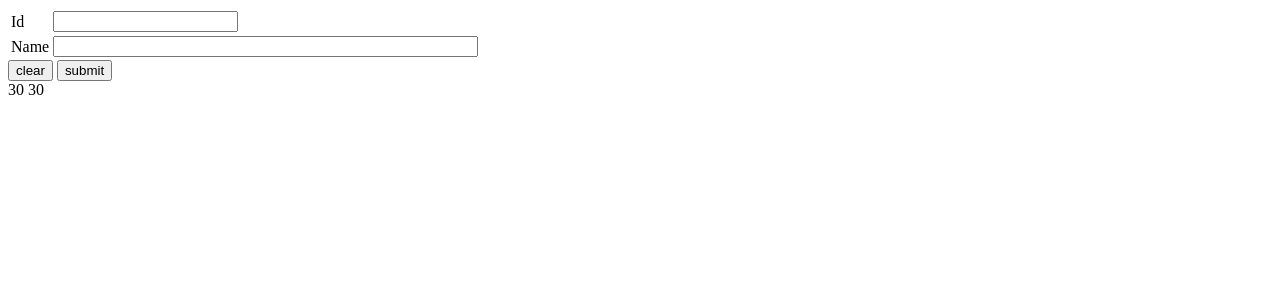
Repository: sandypatidar/my-all-java-code
Page: http://localhost/Jdbc/
An editor plug-in stored every save of this project. The page is shown before and after the next save, followed by the edit.
The browser window is 1280 px wide. The page is 1280 px wide, then 1281 px, so the pictures cover 1281 px, including what lies to the right of the window. The pictures show the whole page.
The page is served by Tomcat 9.

Above is the page before, as saved 2019-05-30 18:46:43.

After the next save:
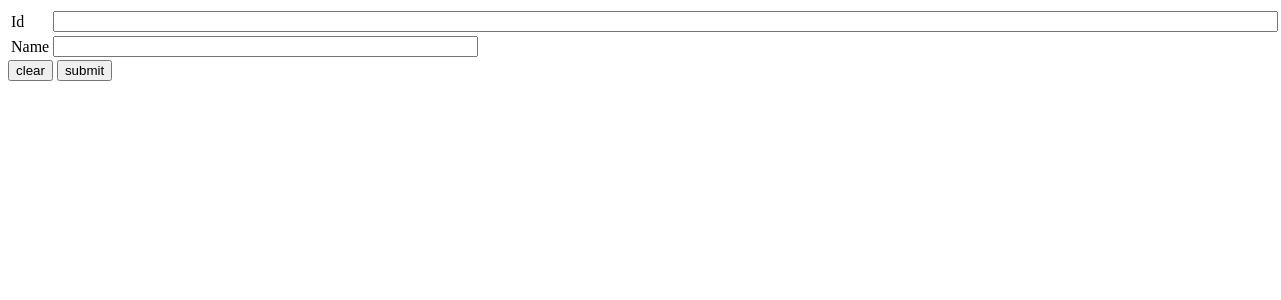
Saved 97 s later.
--- a/eclipse-workspace/eclipse-workspace/Jdbc/WebContent/index.jsp
+++ b/eclipse-workspace/eclipse-workspace/Jdbc/WebContent/index.jsp
@@ -4,13 +4,12 @@
 <title>index0</title>
 </head>
 <body>
-
 	<form name="index0" action="index1.jsp" method="post">
 		<table border="0" >
 		<tbody>
 			<tr>
 				<td>Id</td>
-				<td><input type="number" name ="num" size="150"></td>
+				<td><input type="text" name ="num" size="150"></td>
 			</tr>
 			<tr>
 				<td>Name</td>
@@ -20,26 +19,6 @@
 		</table>
 		<input type="reset" value="clear"  name="clear">
 		<input type="submit" value="submit"  name="submit">
-
-
 	</form>
-
-
-
-
-
-	<!-- <form action="index.jsp">
-		id : <input type="number" name ="num" ><br>
-		name: <input type="name" name = "name"><br>
-		<input type="submit">
-	</form> -->
-
-	<%
-		int i = 10;
-		int j = 20;
-		out.print(i+j);
-	%>
-	<%= i+j %>
-
 </body>
 </html>
